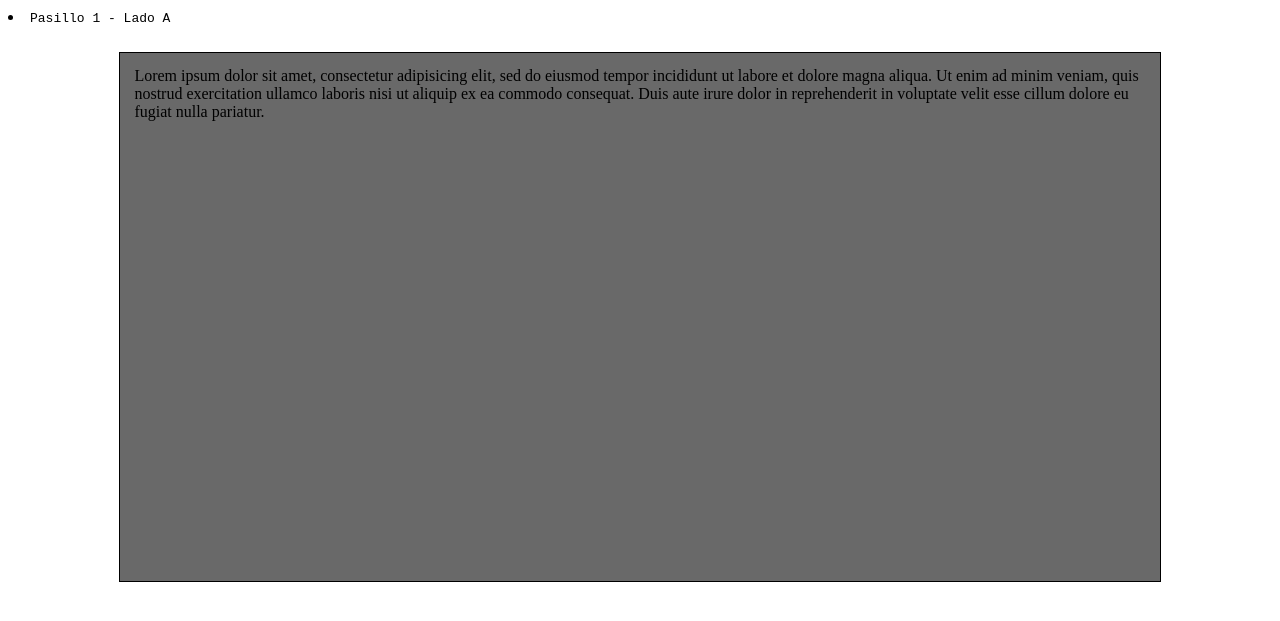
Repository: Franzcod/DepoStock_Web
Page: index.html
These files come from the project's save history. The page is drawn as it stood at one moment and after the next save; the edit follows.
The browser window is 1280 px wide. The pictures show the whole page.

Above is the page before, as saved 2020-06-07 01:55:18.
Console error: ReferenceError: ur is not defined

After the next save:
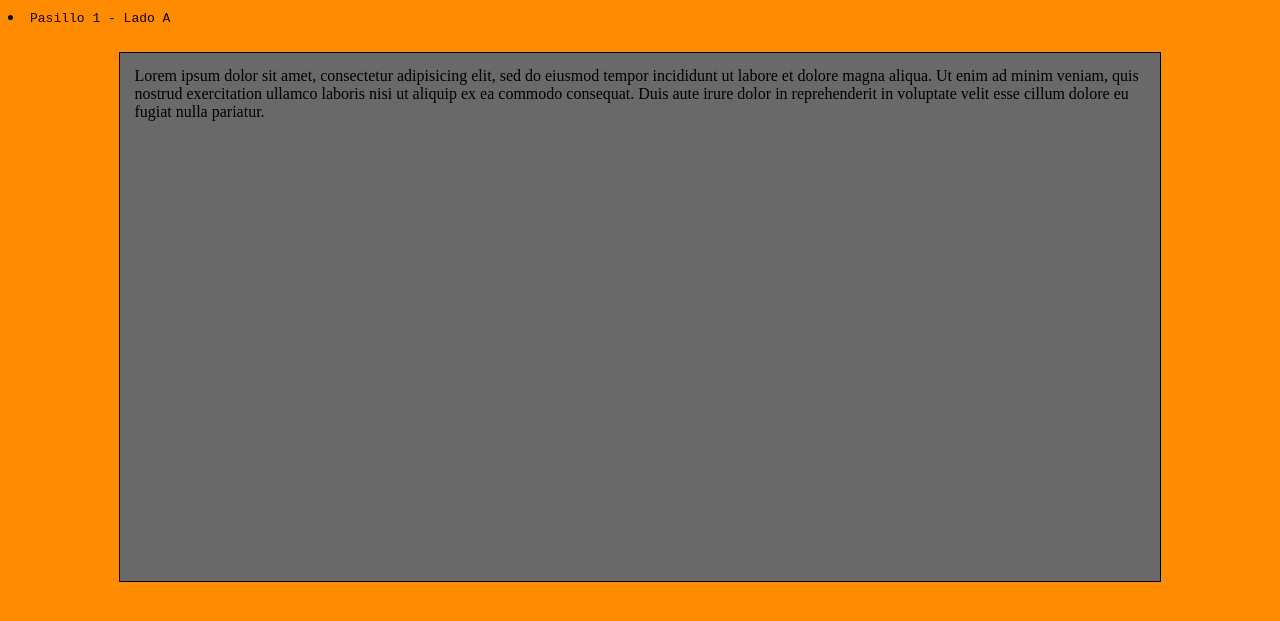
Saved 19 s later.
--- a/estilo/estilo.css
+++ b/estilo/estilo.css
@@ -1,5 +1,5 @@
 html{
-    background-color: ;
+    background-color: darkorange;
 }
 
 #div2 {

After the save that followed:
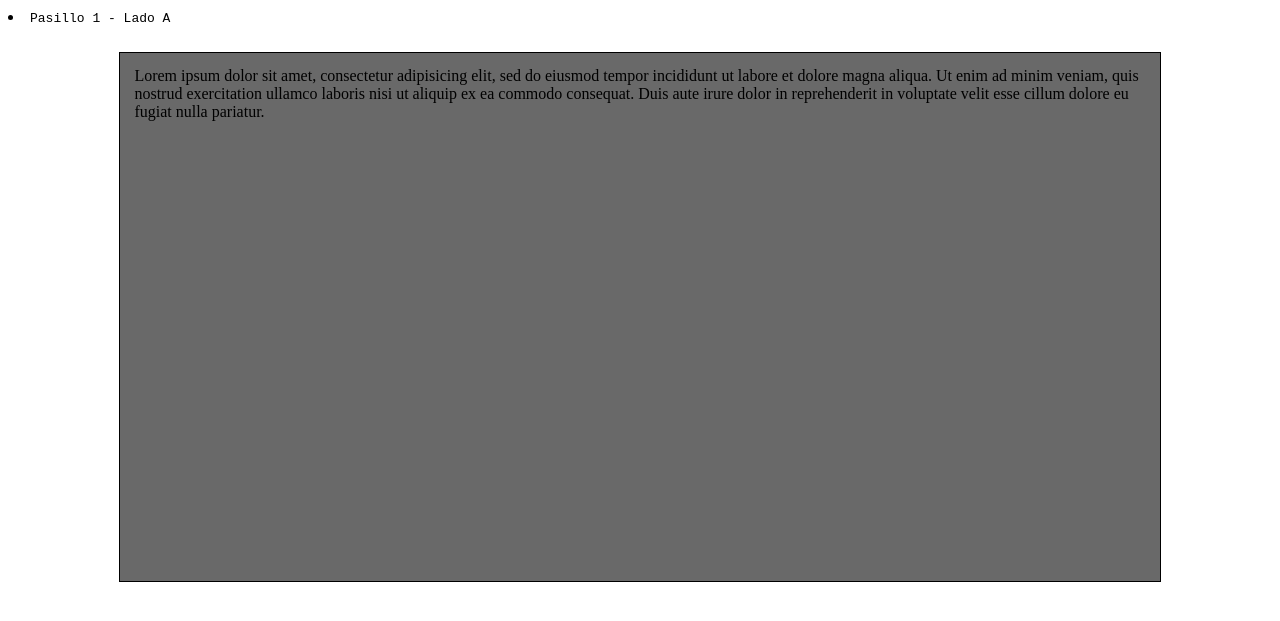
Saved 35 s later.
--- a/estilo/estilo.css
+++ b/estilo/estilo.css
@@ -1,5 +1,5 @@
 html{
-    background-color: darkorange;
+    background-color: (255, 164, 0, 1);
 }
 
 #div2 {
